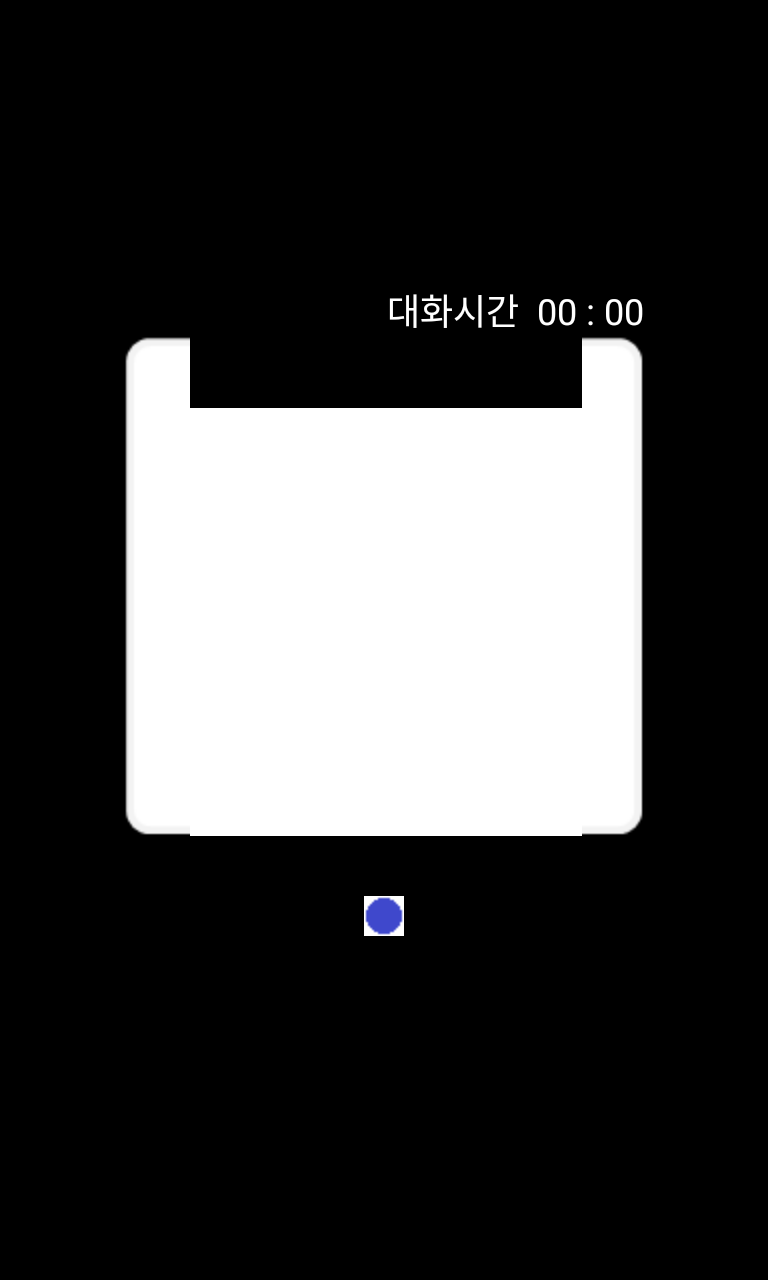
Repository: blacky512/smart_morning_call
Layout: client/SmartMorningCall/res/layout/voicechatting_frag.xml
These files come from the project's save history. The layout is drawn as it stood at one moment and after the next save; the edit follows.
It is drawn on a 768 x 1280 px phone screen (xhdpi) without system bars, with theme android:Theme.NoTitleBar; the app's code is not run.

Above is the layout before, as saved 2013-02-23 16:54:07.

After the next save:
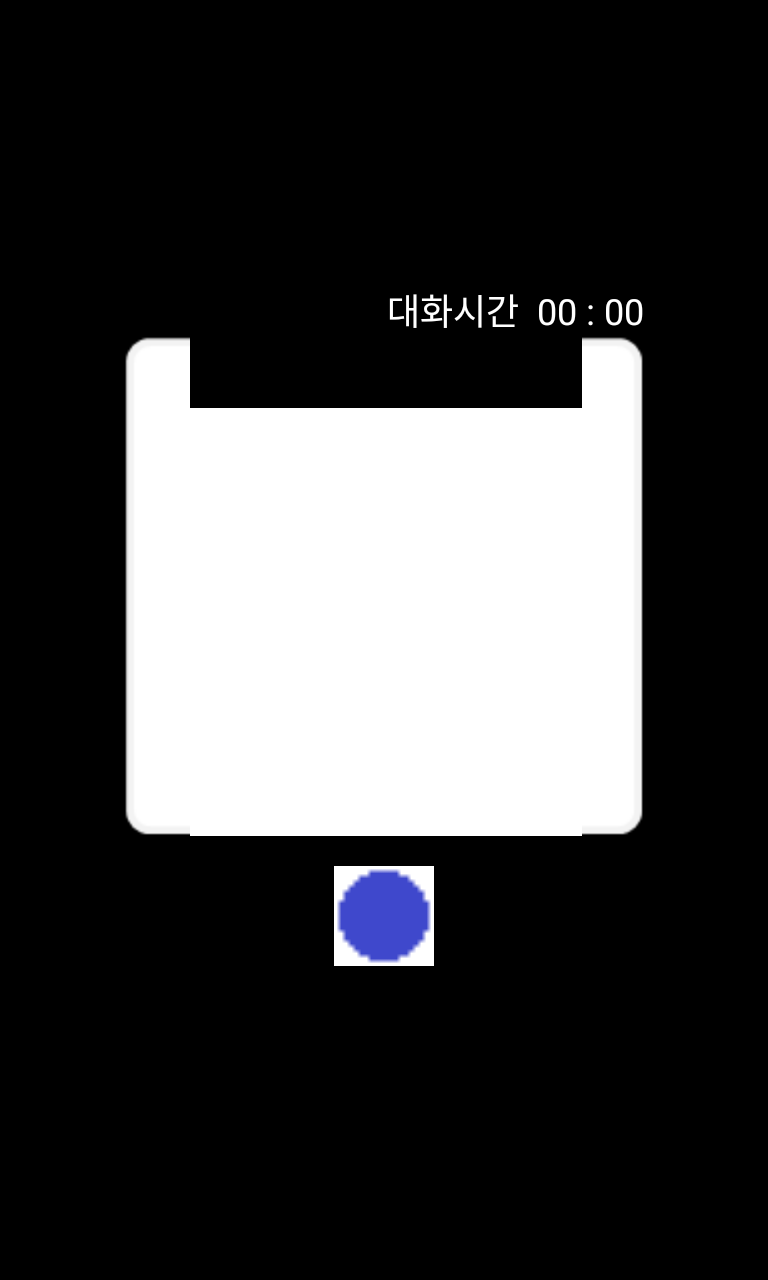
Saved 26 s later.
--- a/client/SmartMorningCall/res/layout/voicechatting_frag.xml
+++ b/client/SmartMorningCall/res/layout/voicechatting_frag.xml
@@ -44,9 +44,9 @@
                 android:layout_centerVertical="true" >
 
                 <ImageView
-                    android:id="@+id/imageView1"
-                    android:layout_width="wrap_content"
-                    android:layout_height="wrap_content"
+                    android:id="@+id/ImageView02"
+                    android:layout_width="50dp"
+                    android:layout_height="50dp"
                     android:src="@drawable/circle" />
 
             </LinearLayout>
